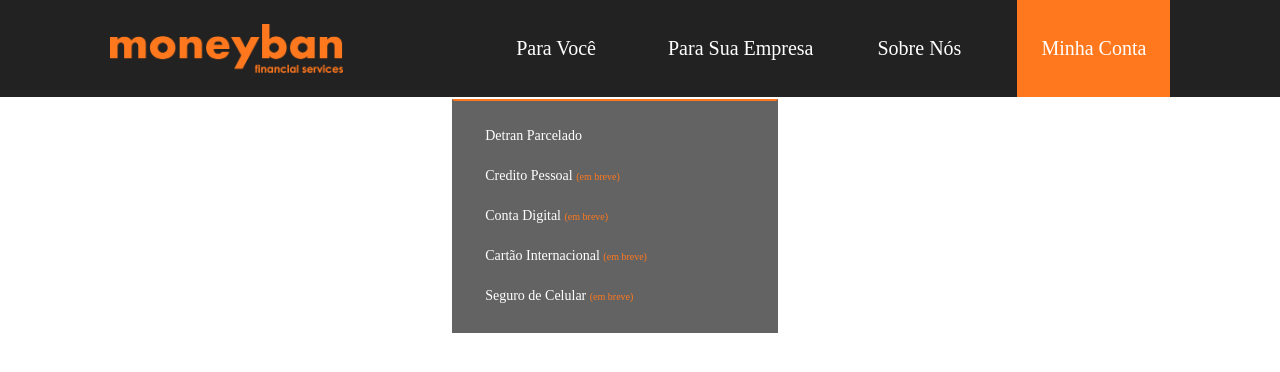
Repository: IvanCardoso91/moneyban
Page: index.html
The author's editor kept a copy of each file at every save. The page is drawn from the files as they stood at one save, then again after the next save.
The browser window is 1280 px wide. The pictures show the whole page.
After loading, the first visible `button.menu-options-btn` was clicked once.
Some icons come from a web library that is not loaded, so they are not drawn. Some web fonts or font styles are not loaded; a fallback is used.

Above is the page before, as saved 2020-12-15 00:14:39.

### index.html
<!DOCTYPE html>
<html lang="en">

<head>
    <meta charset="UTF-8">
    <meta name="viewport" content="width=device-width, initial-scale=1.0">
    <link rel="stylesheet" href="./style/main-style.css" type="text/css">
    <link href="/Repositorios/site-moneyban/assets/fontawesome-free/css/all.css" rel="stylesheet">
    <title>Moneyban</title>
    <div class="menu-box">
        <div class="site-title">
            <img src="./assets/img/moneyban 3.png" alt="moneyban" width="233" height="49" />
        </div>
        <div class="menu-options">
            <div style="height: 100%; display: flex;align-items: center;">
                <button onclick="myFunction()" class="menu-options-btn menu-options-text">Para Você <i class="fas fa-chevron-down"></i></button>
                <div style="position: absolute; margin-top: 335px;">
                    <div id="myDropdown" class="dropdown-content">
                        <a>Detran Parcelado</a>
                        <a>Credito Pessoal <span>(em breve)</span></a>
                        <a>Conta Digital <span>(em breve)</span></a>
                        <a>Cartão Internacional <span>(em breve)</span></a>
                        <a>Seguro de Celular <span>(em breve)</span></a>
                    </div>
                </div>
            </div>
            <div style="height: 100%; display: flex;align-items: center;">
                <button onclick="enterpriseFunction()" class="menu-options-btn menu-options-text">Para Sua Empresa <i class="fas fa-chevron-down"></i></button>
                <div style="position: absolute; margin-top: 295px;">
                    <div id="enterpriseDropdown" class="dropdown-content" style="margin-left: 18px;">
                        <a>Detran Parcelado Frota</a>
                        <a>Capital de Giro <span>(em breve)</span></a>
                        <a>Conta Digital <span>(em breve)</span></a>
                        <a>Cartão Internacional <span>(em breve)</span></a>
                    </div>
                </div>
            </div>
            <div style="height: 100%; display: flex;align-items: center;">
                <span class="menu-options-text"><a>Sobre Nós</a></span>
            </div>
            <div class="menu-options-my-account"><a>Minha Conta</a></div>
        </div>
    </div>
    <div style=" display: flex; flex-direction: row; justify-content: center;">

    </div>
</head>

<body>






    <script type="text/javascript" src="./script/main-index.js"></script>
</body>

</html>

### style/main-style.css
@font-face {
    font-family: 'Century Gothic';
    src: url('/Repositorios/site-moneyban/assets/fonts/Century_Gothic.ttf')
}

body {
    margin: 0px;
}

a {
    cursor: pointer;
}

.menu-box {
    background-color: #222222;
    width: 100%;
    display: flex;
    flex-direction: row;
    justify-content: space-evenly;
    height: 97px;
}

.site-title {
    display: flex;
    align-items: center;
}

.title-text {
    color: #FF781D;
    font-family: 'Century Gothic';
    font-weight: bold;
}

.subtitle-text {
    color: #FF781D;
    font-family: 'Century Gothic';
}

.menu-options {
    display: flex;
    align-items: center;
    justify-content: flex-end;
}

.menu-options-text {
    color: #FFFFFF;
    font-size: 20px;
    font-family: 'Century Gothic';
    margin-left: 56px;
    background-color: #0000;
    border-color: #0000;
    cursor: pointer;
}

.menu-options-text:focus {
    outline: 0;
}

.menu-options-my-account {
    background-color: #FF781D;
    color: #FFFFFF;
    font-size: 20px;
    font-family: 'Century Gothic';
    margin-left: 56px;
    height: 100%;
    display: flex;
    align-items: center;
    padding: 0px 24px;
}

.fa-chevron-down {
    color: #FF781D;
    pointer-events: none;
}


/* DROPDOWN */

.dropbtn {
    background-color: #3498DB;
    color: white;
    padding: 16px;
    font-size: 16px;
    border: none;
    cursor: pointer;
}

.dropbtn:hover,
.dropbtn:focus {
    background-color: #2980B9;
}

.dropdown {
    position: relative;
    display: inline-block;
}

.dropdown-content {
    display: none;
    font-size: 14px;
    font-family: 'Century Gothic';
    background-color: #222222B3;
    cursor: pointer;
    opacity: 1;
    border: 2px solid transparent;
    border-top-color: #FF781D;
    transition: all 2s ease-in-out;
}

.dropdown-content a {
    color: #FFFFFF !important
}

.dropdown-content span {
    color: #FF781D !important;
    font-size: 10px
}

.dropdown-content a {
    color: black;
    padding: 12px 16px;
    text-decoration: none;
    display: block;
}

.dropdown a:hover {
    background-color: #ddd;
}

.show {
    display: flex;
    flex-direction: column;
    align-content: flex-start;
    width: 292px;
    padding: 15px;
}

### script/main-index.js
function myFunction() {
    document.getElementById("myDropdown").classList.toggle("show");
}

function enterpriseFunction() {
    document.getElementById("enterpriseDropdown").classList.toggle("show");
}

// Close the dropdown if the user clicks outside of it
window.onclick = function(event) {
    if (!event.target.matches('.menu-options-btn')) {
        var dropdowns = document.getElementsByClassName("dropdown-content");
        var i;
        for (i = 0; i < dropdowns.length; i++) {
            var openDropdown = dropdowns[i];
            if (openDropdown.classList.contains('show')) {
                openDropdown.classList.remove('show');
            }
        }
    }
}

// NAO ESQUECER DE ADICIONAR O MÉTODO POST
{
    /* <form method="post" action="https://consulta.moneyban.com.br/licenciamento.php" name="form">
    	<input type="text" placeholder="Nome Completo" name="cnome">
    	<input type="email" placeholder="E-mail" name="cemail">
    	<input type="tel" placeholder="Telefone" name="cphone">
    	<input type="text" placeholder="Renavam" id="renavam" name="crenavam" maxlength="11">
    	<input type="hidden" name="cparceiro" value="">
    	<input type="hidden" name="cuf" value="PR">
    	<button type="submit" >Consultar Grátis</button>
    </form> */
}

After the next save:
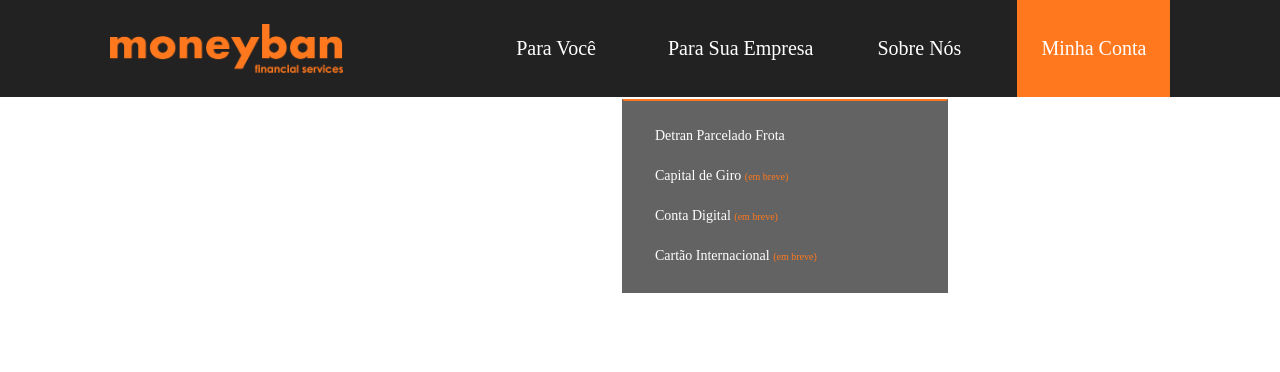
Saved 3 min 36 s later.
--- a/script/main-index.js
+++ b/script/main-index.js
@@ -1,5 +1,12 @@
-function myFunction() {
-    document.getElementById("myDropdown").classList.toggle("show");
+function myFunction(option) {
+    if (option === 'personal') {
+        document.getElementById("myDropdown").classList.toggle("show");
+        document.getElementById("enterpriseDropdown").classList.remove("show")
+    } else {
+        document.getElementById("enterpriseDropdown").classList.toggle("show");
+        document.getElementById("myDropdown").classList.remove("show");
+    }
+
 }
 
 function enterpriseFunction() {
